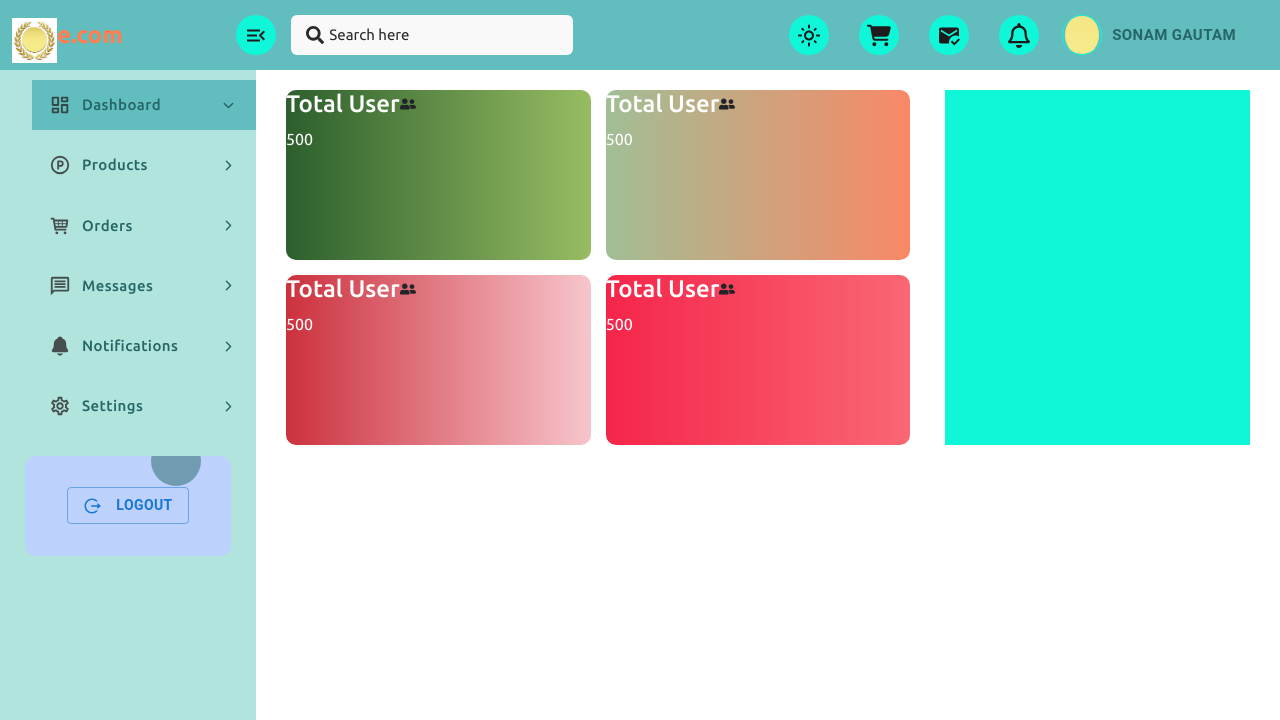
Repository: gautamsonam011/admin-react-dashboard
Page: /
The author's editor kept a copy of each file at every save. The page is drawn from the files as they stood at one save, then again after the next save.
The browser window is 1280 px wide. The pictures show the whole page.
The project was rebuilt for these pictures with package versions that can differ from the ones it lists, and the page was loaded fresh each time.

Above is the page before, as saved 2025-04-16 13:23:37.

After the next save:
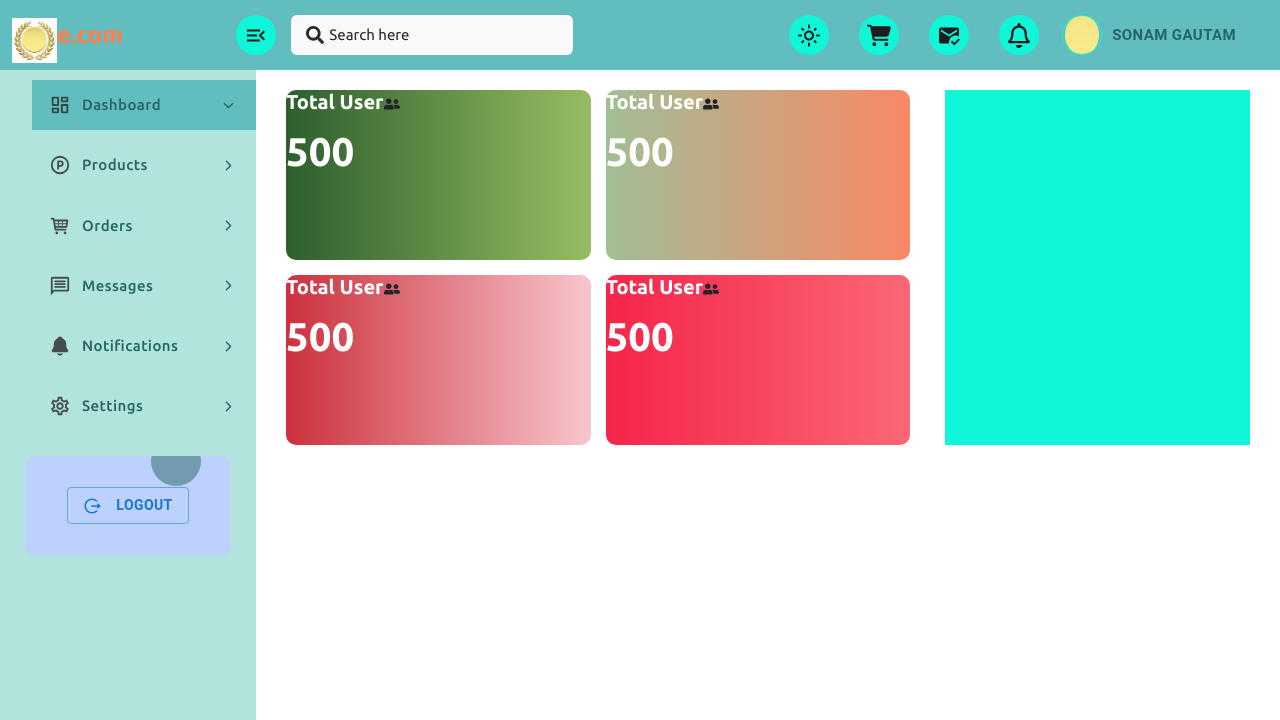
Saved 2 min 10 s later.
--- a/src/App.css
+++ b/src/App.css
@@ -97,3 +97,6 @@ position:relative; overflow:hidden;}
 .dashboardBoxWrapper{gap: 15px; width:100%; flex-wrap: wrap;}
 .dashboardBoxWrapper .dashboardBox{width:48%; height: 170px; border-radius:10px; overflow: hidden;}
 .dashboardBoxWrapperRow .box{width:100%; height: 100%; background:#0ff7d8;}
+
+.dashboardBoxWrapper .dashboardBox .col1 h4{font-size: 20px; font-weight: 600;}
+.dashboardBoxWrapper .dashboardBox .col1 span{font-size: 40px; font-weight: bold;}
